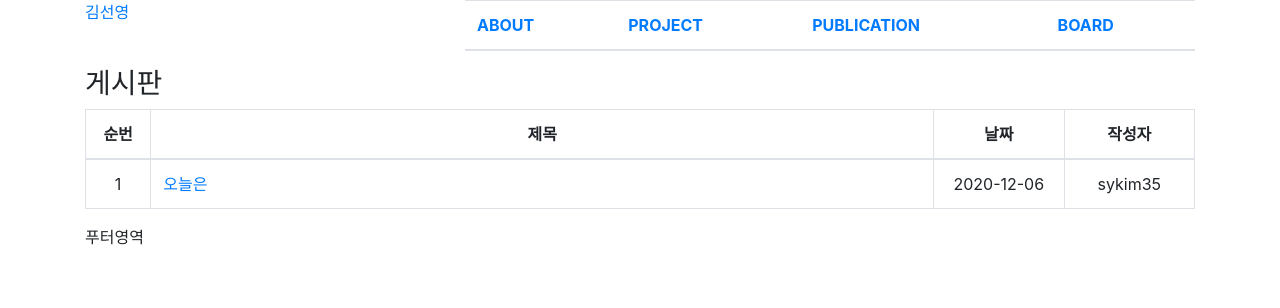
Repository: supremest35/web-projects
Page: http://localhost/noticeboard/board/list.jsp
An editor plug-in stored every save of this project. The page is shown before and after the next save, followed by the edit.
The browser window is 1280 px wide. The pictures show the whole page.
The page is served by Tomcat 9. Other server files are loaded and not shown.

Above is the page before, as saved 2020-12-06 03:59:46.

### noticeboard/WebContent/board/list.jsp
<%@ page language="java" contentType="text/html; charset=UTF-8"
    pageEncoding="UTF-8"%>
<!DOCTYPE html>
<html lang="ko">
<head>
  <title>Bootstrap 4 Example</title>
  <meta charset="utf-8">
  <meta name="viewport" content="width=device-width, initial-scale=1">
  <link rel="stylesheet" href="https://maxcdn.bootstrapcdn.com/bootstrap/4.5.2/css/bootstrap.min.css">
  <script src="https://ajax.googleapis.com/ajax/libs/jquery/3.5.1/jquery.min.js"></script>
  <script src="https://cdnjs.cloudflare.com/ajax/libs/popper.js/1.16.0/umd/popper.min.js"></script>
  <script src="https://maxcdn.bootstrapcdn.com/bootstrap/4.5.2/js/bootstrap.min.js"></script>
</head>
<body>
<div class="container">
	<div class="row">
		<div class="col-2"><a href="index.jsp">김선영</a></div>
		<div class="col-2"></div>
		<div class="col-8">
			<table class="table">
				<thead>
					<tr>
						<th><a href="">ABOUT</a></th>
						<th><a href="">PROJECT</a></th>
						<th><a href="">PUBLICATION</a></th>
						<th><a href="board/list.jsp">BOARD</a></th>
					</tr>
				</thead>
			</table>
		</div>
	</div>
	<div class="row">
		<div class="col-12">
			<h3>게시판</h3>
		</div>
		<div class="col-12">
			<div class="table">
				<table class="table table-bordered table-hover">
					<thead>
						<tr>
							<th style="width: 50px; text-align: center;">순번</th>
							<th style="width: 600px; text-align: center;">제목</th>
							<th style="width: 100px; text-align: center;">날짜</th>
							<th style="width: 100px; text-align: center;">작성자</th>
						</tr>
					</thead>
					<tbody>
						<tr>
							<td style="width: 50px; text-align: center;">1</td>
							<td style="width: 600px;"><a href="">오늘은</a></td>
							<td style="width: 100px; text-align: center;">2020-12-06</td>
							<td style="width: 100px; text-align: center;">sykim35</td>
						</tr>
					</tbody>
				</table>
			</div>
		</div>
	</div>
	<div class="row">
		<div class="col-12">푸터영역</div>
	</div>
</div>
</body>
</html>

After the next save:
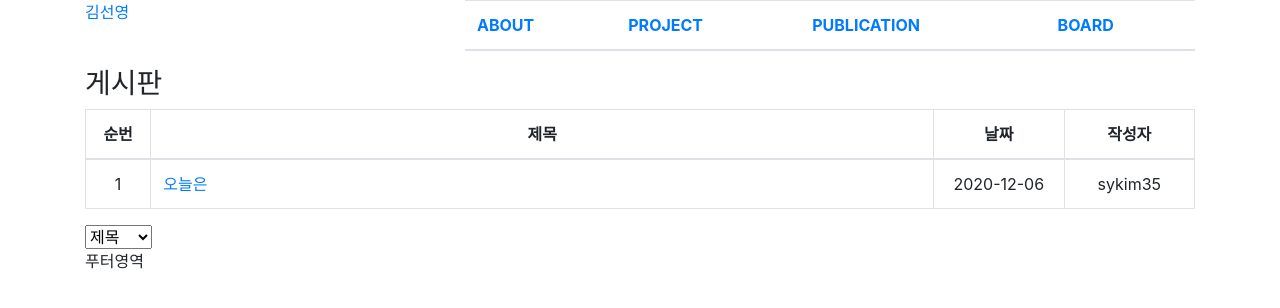
Saved 3 min 32 s later.
--- a/noticeboard/WebContent/board/list.jsp
+++ b/noticeboard/WebContent/board/list.jsp
@@ -55,6 +55,12 @@
 				</table>
 			</div>
 		</div>
+		<div class="col-12">
+			<select name="searchType">
+				<option value="제목">제목</option>
+				<option value="작성자">작성자</option>
+			</select>
+		</div>
 	</div>
 	<div class="row">
 		<div class="col-12">푸터영역</div>
